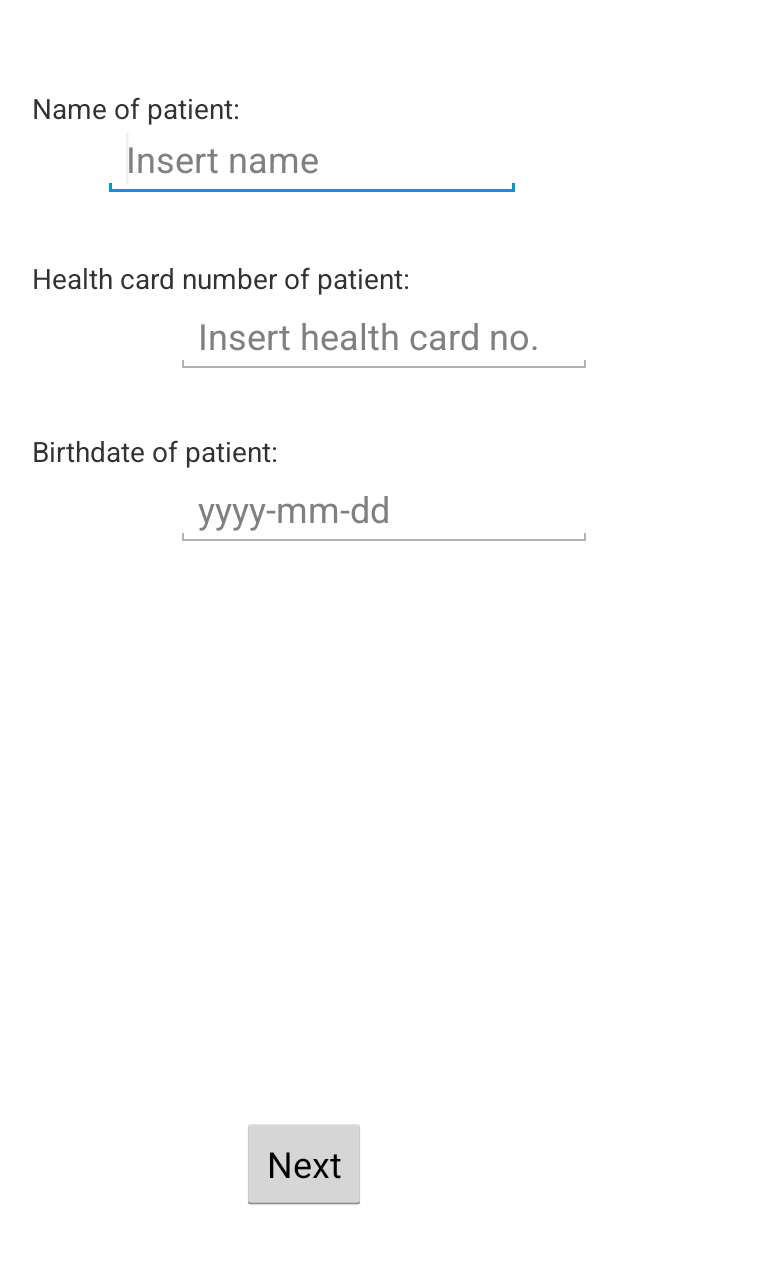
Repository: snehpatel3/Android-App
Layout: HospitalApp/res/layout/activity_new_patient.xml
These files come from the project's save history. The layout is drawn as it stood at one moment and after the next save; the edit follows.
It is drawn on a 768 x 1280 px phone screen (xhdpi) without system bars, with theme AppTheme; the app's code is not run.

Above is the layout before, as saved 2014-11-28 03:51:41.

After the next save:
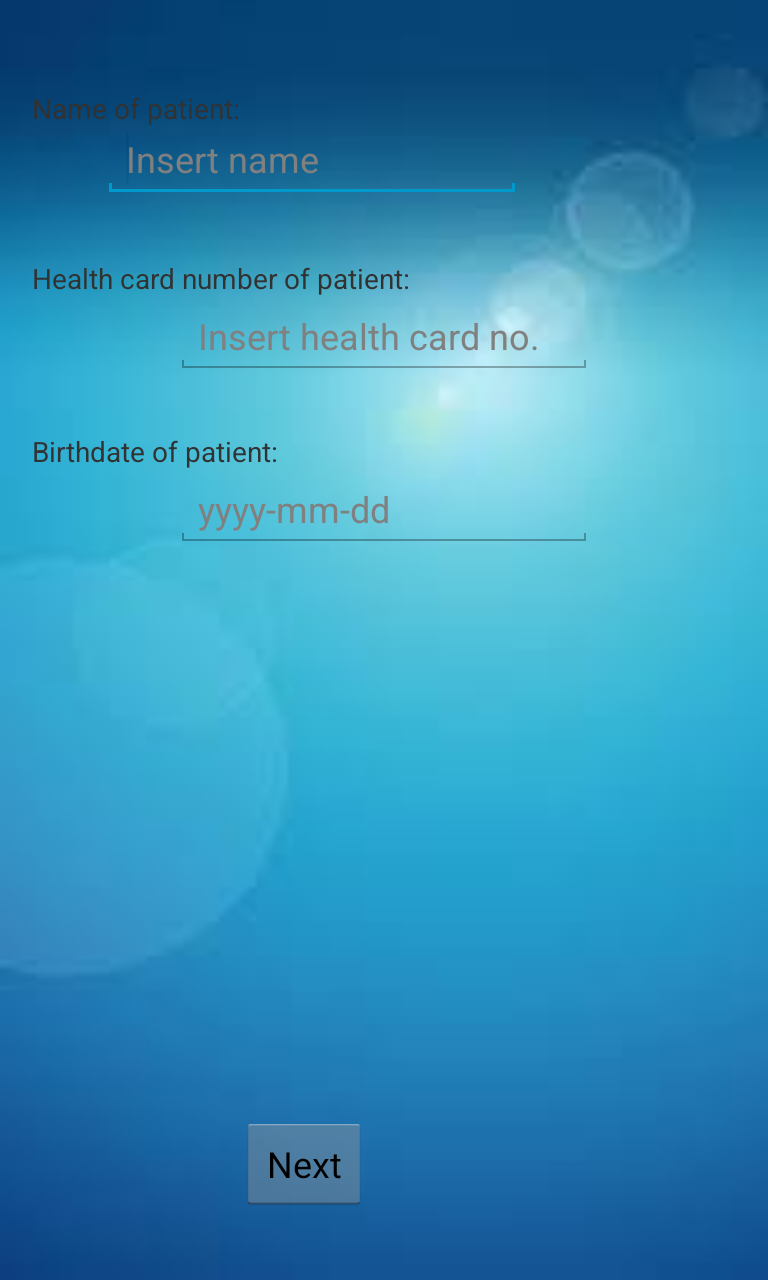
Saved 4 min 1 s later.
--- a/HospitalApp/res/layout/activity_new_patient.xml
+++ b/HospitalApp/res/layout/activity_new_patient.xml
@@ -2,6 +2,7 @@
     xmlns:tools="http://schemas.android.com/tools"
     android:layout_width="match_parent"
     android:layout_height="match_parent"
+    android:background="@drawable/app"
     android:paddingBottom="@dimen/activity_vertical_margin"
     android:paddingLeft="@dimen/activity_horizontal_margin"
     android:paddingRight="@dimen/activity_horizontal_margin"
